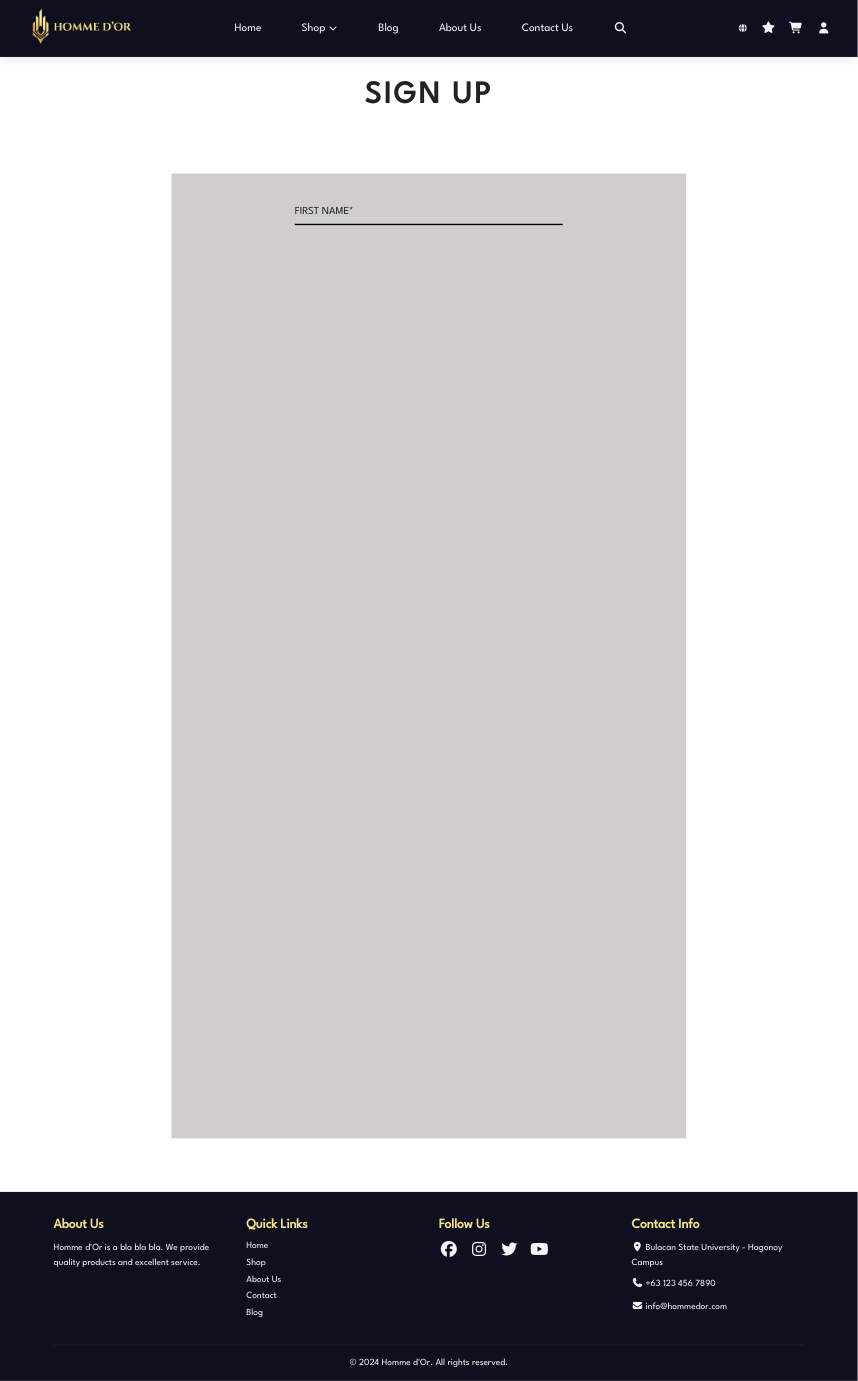
Repository: Izy-Blinken/Homme-d-Or
Page: http://localhost/Homme_dor/pages/signup.php?country=ph
These files come from the project's save history. The page is drawn as it stood at one moment and after a run of saves; the edit follows.
The browser window is 1280 px wide. The pictures show the whole page, at 67% of full size.
The page is run by PHP 8.4 with error messages shown; the project is at /var/www/html/.

Above is the page before, as saved 2026-01-24 20:10:44.

### pages/signup.php
<!DOCTYPE html>
<html>
    <head>
        <title>Sign Up</title>
        <link rel="stylesheet" href="../assets/icons/fontawesome/css/all.min.css">
        <link rel="stylesheet" href="../assets/css/style.css">
    </head>

    <body>

        <?php include '../components/header.php'; ?>

        <main>
            <div class="signupTitle">
                <h2><b>SIGN UP</b></h2>
            </div>

            <div class="signupContainer">

                <div class="inputGroup">
                    <input type="text" required>
                    <label>FIRST NAME*</label>
                </div>


            </div>
        </main>

        <?php include '../components/footer.php'; ?>

    </body>
</html>

### components/header.php
<?php
$currentPage = basename($_SERVER['PHP_SELF']);
?>

<section id="header">
    <a href="index.php">
        <img src="../assets/images/brand_images/prodLogo.png" class="logo" alt="Brand Logo">
    </a>

    <div class="nav-wrapper">
        <ul id="navbar">
            <li><a class="<?php echo ($currentPage == 'index.php') ? 'active' : ''; ?>" href="index.php">Home</a></li>
            <li class="dropdown">
                <a >
                    Shop <i class="fa-solid fa-chevron-down"></i>
                </a>
                <ul class="dropdown-menu">
                    <li><a href="shop.php?category=sale">Sale</a></li>
                    <li><a href="shop.php?category=new-arrival">New Arrival</a></li>
                    <li><a href="shop.php?category=top-picks">Top Picks</a></li>
                    <li><a href="shop.php?category=daily-wear">Daily Wear</a></li>
                    <li><a href="shop.php?category=premium">Premium</a></li>
                </ul>
            </li>
            <li><a class="<?php echo ($currentPage == 'blog.php') ? 'active' : ''; ?>" href="blog.php">Blog</a></li>
            <li><a class="<?php echo ($currentPage == 'AboutUs.php') ? 'active' : ''; ?>" href="AboutUs.php">About Us</a></li>
            <li><a class="<?php echo ($currentPage == 'ContactUs.php') ? 'active' : ''; ?>" href="ContactUs.php">Contact Us</a></li>
            <li><a href="search.php"><i class="fa-solid fa-search"></i></a></li>
        </ul>

        <ul id="navbar-right">
        <li class="dropdown country-dropdown">
            <a href="#">
                <i class="fa-solid fa-globe"></i>
            </a>
            <ul class="dropdown-menu country-menu">
                <li><a href="?country=ph"><span class="flag">🇵🇭</span> Philippines</a></li>
                <li><a href="?country=jp"><span class="flag">🇯🇵</span> Japan</a></li>
                <li><a href="?country=cn"><span class="flag">🇨🇳</span> China</a></li>
                <li><a href="?country=fr"><span class="flag">🇫🇷</span> France</a></li>
            </ul>
        </li>
        <li><a class="<?php echo ($currentPage == 'wishlist.php') ? 'active' : ''; ?>"href="wishlist.php"><i class="fa-solid fa-star"></i></a></li>
            <li><a class="<?php echo ($currentPage == 'cart.php') ? 'active' : ''; ?>" href="cart.php"><i class="fa-solid fa-shopping-cart"></i></a></li>
            <li><a class="<?php echo ($currentPage == 'profile.php') ? 'active' : ''; ?>" href="profile.php"><i class="fa-solid fa-user"></i></a></li>
        </ul>
    </div>
</section>

### components/footer.php
<footer id="footer">
    <div class="footer-content">
        <div class="footer-section">
            <h3>About Us</h3>
            <p>Homme d'Or is a bla bla bla. We provide quality products and excellent service.</p>
        </div>

        <div class="footer-section">
            <h3>Quick Links</h3>
            <ul>
                <li><a href="index.php">Home</a></li>
                <li><a href="shop.php">Shop</a></li>
                <li><a href="AboutUs.php">About Us</a></li>
                <li><a href="ContactUs.php">Contact</a></li>
                <li><a href="blog.php">Blog</a></li>
            </ul>
        </div>

        <div class="footer-section">
            <h3>Follow Us</h3>
            <div class="social-icons">
                <a href="#"><i class="fa-brands fa-facebook"></i></a>
                <a href="#"><i class="fa-brands fa-instagram"></i></a>
                <a href="#"><i class="fa-brands fa-twitter"></i></a>
                <a href="#"><i class="fa-brands fa-youtube"></i></a>
            </div>
        </div>

        <div class="footer-section">
            <h3>Contact Info</h3>
            <p><i class="fa-solid fa-location-dot"></i> Bulacan State University - Hagonoy Campus</p>
            <p><i class="fa-solid fa-phone"></i> +63 123 456 7890</p>
            <p><i class="fa-solid fa-envelope"></i> info@hommedor.com</p>
        </div>
    </div>

    <div class="footer-bottom">
        <p>&copy; 2024 Homme d'Or. All rights reserved.</p>
    </div>
</footer>

Loaded but not shown: assets/icons/fontawesome/css/all.min.css (library); assets/css/style.css (1626 lines, source omitted)

After the next 2 saves:
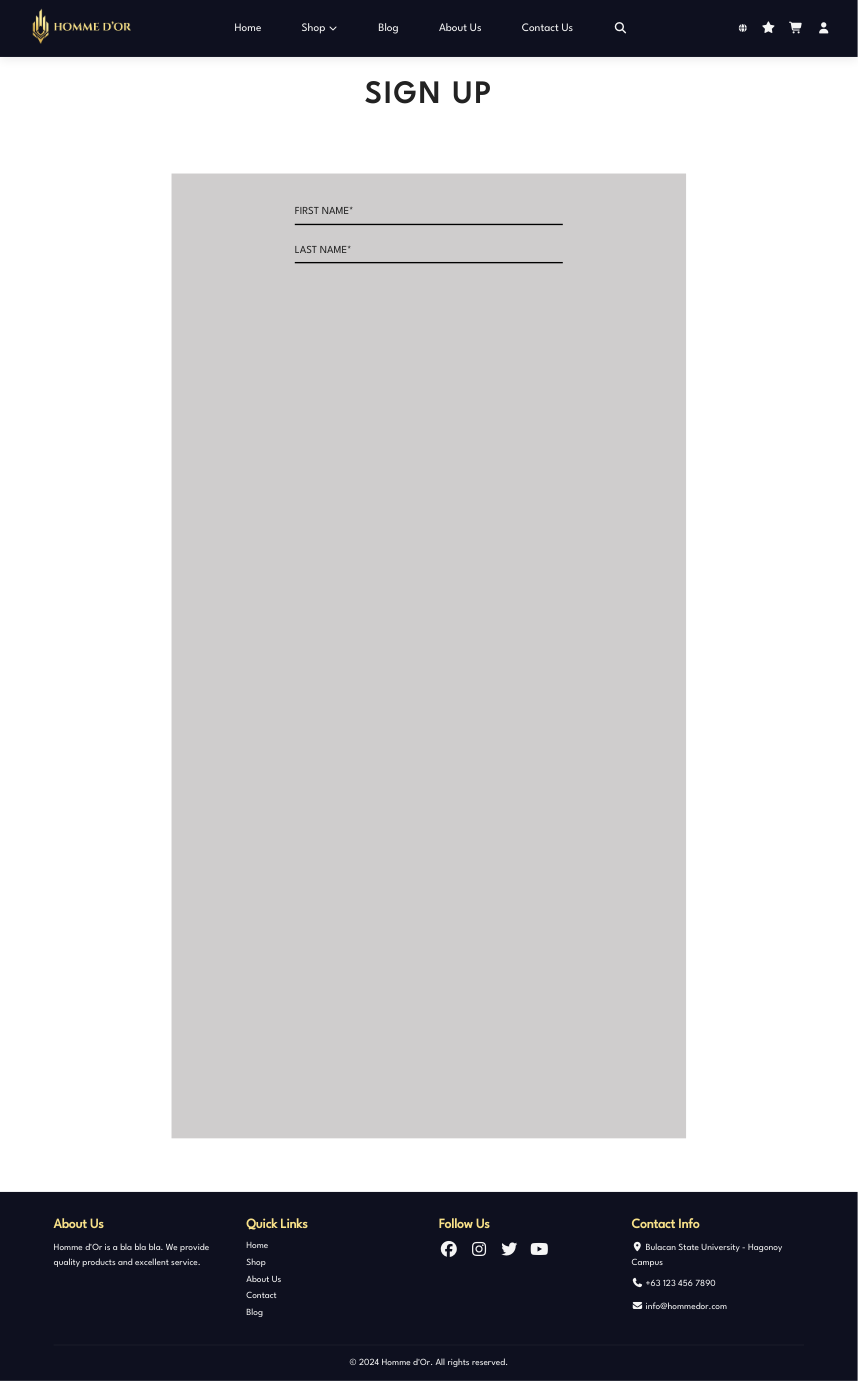
The 2 saves are shown as one change because they came seconds apart.
The last was saved 8 s later.
--- a/pages/signup.php
+++ b/pages/signup.php
@@ -22,6 +22,11 @@
                     <label>FIRST NAME*</label>
                 </div>
 
+                <div class="inputGroup">
+                    <input type="text" required>
+                    <label>LAST NAME*</label>
+                </div>
+
 
             </div>
         </main>
